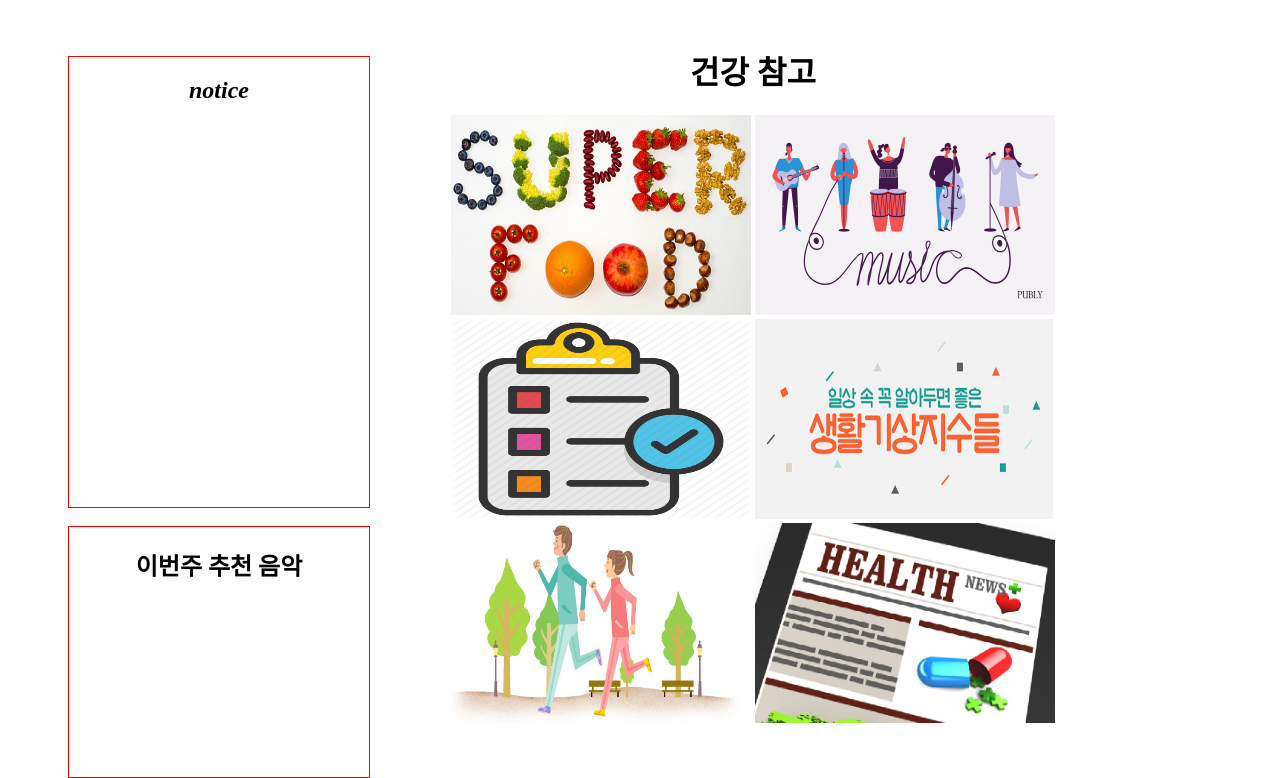
Repository: seeunOh/Webproject2018_StrongHealth
Page: http://localhost/StrongHealth/Main.jsp
An editor plug-in stored every save of this project. The page is shown before and after the next save, followed by the edit.
The browser window is 1280 px wide. The pictures show the whole page.
The page is served by Tomcat 9. Other server files are loaded and not shown. Queries for data that is not in the repository find no rows.

Above is the page before, as saved 2018-12-16 07:37:51.

### StrongHealth/WebContent/Main.jsp
<%@page import="java.util.ArrayList"%>
<%@page import="java.util.Date"%>
<%@page import="javabean.Article" %>
<%@page import="javabean.Access_DB"%>
<%@ page language="java" contentType="text/html; charset=EUC-KR"
    pageEncoding="EUC-KR"%>
<!DOCTYPE html>
<html>
<head>
<meta charset="EUC-KR">
<title>Insert title here</title>

<style>

body{
width:1080px;
text-align:center;
}

#mainPhoto{
width:670px;
height:750px;
float:right;
text-align:center;
}

#notice_canvas{
width:400px;
height:500px;
float:left;
}

#recomen{
width:300px;
height:250px;
float:left;
margin:0px 0px 0px 60px;
border: 1px solid red;
}

#notice{
width:300px;
height:450px;
margin:30px 0px 10px 60px;
text-align:center;
border: 1px solid red;
}


#mainNoticeCanvas{
width:540px;
height:500px;
background:red;
float:left;

}

#mainMusicCanvas{
width:540px;
height:500px;
background:blue;
float:right;
}


.scale {
  transform: scale(1);
  -webkit-transform: scale(1);
  -moz-transform: scale(1);
  -ms-transform: scale(1);
  -o-transform: scale(1);
  transition: all 0.3s ease-in-out;
}

.scale:hover {
  transform: scale(1.2);
  -webkit-transform: scale(1.2);
  -moz-transform: scale(1.2);
  -ms-transform: scale(1.2);
  -o-transform: scale(1.2);
}



</style>
<script>


</script>

</head>
<body>


<div id=blankTemp style='width:1080px;'>&nbsp</div>
<div id=notice_canvas>
	<div id=notice>
	<h2><em>notice</em></h2>
	<%
		Access_DB ac = new Access_DB();
		ArrayList<Article> al = ac.getArticles(Access_DB.NOTICE);
		for(int i=0; i<al.size(); i++){
			out.println(al.get(i).getArticle_name() + "<br>");
		}
	%>
	</div>
</div>


<div id=mainPhoto>
<h1>건강 참고</h1>
<img class="scale" src="img/superfood.png" width=300 height=200/>
<img class="scale" src="img/music.png" width=300 height=200/>
<img class="scale" src="img/survey.png" width=300 height=200/>
<img class="scale" src="img/lifeinfo.png" width=300 height=200/>
<img class="scale" src="img/strech.png" width=300 height=200/>
<img class="scale" src="img/healthnews.png" width=300 height=200/>
</div>

<div id=recomen>
<h2>이번주 추천 음악</h2>
<ul>
<%
	al = ac.getArticles(Access_DB.MUSIC);
	for(int i=0; i<al.size(); i++){
		out.println("<li>" + al.get(i).getArticle_name() + "</li>");
	}

%>

</ul>
</div>













<!--
<div id=mainImage>
<figure>
<img class="mySlides" src="img/superfood.png" width=500 height=300>
<img class="mySlides" src="img/music.png" width=500 height=300>
<img class="mySlides" src="img/Mclothes.PNG" width=500 height=300>
<img class="mySlides" src="img/strech.png" width=500 height=300>
<img class="mySlides" src="img/healthnews.png" width=500 height=300>
</figure>
</div>


<div id=mainContent>

<div id=mainNoticeCanvas>


</div>


<div id=mainMusicCanvas>

</div>

</div>
 -->



<!--
<%=session.isNew() %>

세션 ID (유일한 식별자) : <%= session.getId() %><br>
<% session.setMaxInactiveInterval(60*10); %>
세션 MaxInactiveInterval (기본 세션 유지 시간) : <%= session.getMaxInactiveInterval() %><br>

<%
	long mseconds = session.getCreationTime();
	Date time = new Date(mseconds);
%>
세션 CreationTime (시각으로 다시 계산) : <%=time.toLocaleString() %>
<br>
id : <%=session.getAttribute("id") %><br>
password : <%=session.getAttribute("password") %><br>
name : <%=session.getAttribute("name") %><br>
sex : <%=session.getAttribute("sex") %><br>
birth : <%=session.getAttribute("birth") %><br>
authority : <%=session.getAttribute("authority") %><br>
address : <%=session.getAttribute("address") %><br>
phone : <%=session.getAttribute("phone") %><br>
email : <%=session.getAttribute("email") %><br>
 -->
</body>
</html>

### StrongHealth/src/javabean/Access_DB.java
package javabean;

import java.sql.Connection;
import java.sql.DriverManager;
import java.sql.ResultSet;
import java.sql.Statement;
import java.text.SimpleDateFormat;
import java.util.ArrayList;
import java.util.Calendar;
import java.util.Date;

import com.sun.corba.se.spi.orbutil.fsm.Guard.Result;

public class Access_DB {
	private String driverName = "com.mysql.jdbc.Driver";
	private String dbURL = "jdbc:mysql://localhost:3306/stronghealthdb";
	private String userName = "root";
	private String passWord = "0000";
	private Connection con = null;
	private Statement st = null;


	public static int NOTICE = 1;
	public static int QNA = 2;
	public static int MUSIC = 3;
	public static int SURVEY = 6;
	public static int HEALTHCARE = 8;
	public static int TODAY = 1;
	public static int LOGIN = 2;
	public static int SIGN = 3;

	public Access_DB() {
		try {
			Class.forName(driverName);
			con = DriverManager.getConnection(dbURL, userName, passWord);
			st = con.createStatement();
		} catch(Exception e) {
			System.out.println(e);
		}
	}

	public Weather getWeather(String city_name) {
		ResultSet rs = null;
		Weather wt = new Weather();
		// TODO Auto-generated constructor stub
		try {
			rs = st.executeQuery("select * from weather where cityName='" + city_name + "'");
			while(rs.next()) {
				wt.setCityName(rs.getString("cityName"));
				wt.setdWeather(rs.getString("dWeather"));
				wt.settWeahter(rs.getString("tWeather"));
				wt.setPop(rs.getString("pop"));
				wt.setHumidity(rs.getString("humidity"));
				wt.setDust(rs.getString("dust"));
				wt.setSensory(rs.getString("sensory"));
				wt.setFlu(rs.getString("flu"));
				wt.setEyeDisease(rs.getString("eyeDisease"));
				wt.setAsthma(rs.getString("asthma"));
				wt.setSkinDisease(rs.getString("skinDisease"));
				wt.setFrozen(rs.getString("frozen"));
				wt.setFoodPoison(rs.getString("foodPoison"));
			}
		} catch(Exception e) {
			System.out.println(e);
		}
		return wt;
	}


	public void surveyWrite(Survey survey) {
		ResultSet rs = null;
		try {
			rs = st.executeQuery("select * from survey where id='" + survey.getId()+"' order by date desc");;
			if(rs.next()) {
				System.out.println(1);
				if(rs.getString("date").equals(Access_DB.getCurrentDate())) {
					System.out.println(2);
					st.execute("update survey set score0=" + survey.getScore0() + ", score1=" + survey.getScore1() + ", score2=" + survey.getScore2() +
								", score3="+ survey.getScore3()+", score4=" + survey.getScore4() + ", text='" + survey.getText() + "' where date='" + survey.getDate() + "'");
					st.execute("update survey set score_sum=(score0 + score1 + score2 + score3 + score4)");
				}
				else {
					st.execute("insert into survey values('" + survey.getId() + "', '" + survey.getDate() + "', '" + survey.getScore0() + "', '" + survey.getScore1() +
							"', '" + survey.getScore2() + "', '" + survey.getScore3() + "', '" + survey.getScore4() + "', '" + 0 + "', '" + survey.getText() + "')");
					st.execute("update survey set score_sum=(score0 + score1 + score2 + score3 + score4) where id='" + survey.getId() + "'and date='" + survey.getDate() + "'");
				}
			}
			else {
				st.execute("insert into survey values('" + survey.getId() + "', '" + survey.getDate() + "', '" + survey.getScore0() + "', '" + survey.getScore1() +
						"', '" + survey.getScore2() + "', '" + survey.getScore3() + "', '" + survey.getScore4() + "', '" + 0 + "', '" + survey.getText() + "')");
				st.execute("update survey set score_sum=(score0 + score1 + score2 + score3 + score4) where id='" + survey.getId() + "'and date='" + survey.getDate() + "'");
			}
		}
		catch(Exception e) {
			System.out.println(e);
		}
	}

	public ArrayList<Survey> getSurveys(String id, int day){
		ArrayList<Survey> sl = new ArrayList<Survey>();
		ResultSet rs = null;
		try {
			rs = st.executeQuery("select * from survey where id='" + id + "' and date>'" + getDaysAgoDate(day) +"' order by date desc");
			while(rs.next()) {
				Survey sr = new Survey();
				sr.setId(rs.getString("id"));
				sr.setDate(rs.getString("date"));
				sr.setScore0(Integer.parseInt(rs.getString("score0")));
				sr.setScore1(Integer.parseInt(rs.getString("score1")));
				sr.setScore2(Integer.parseInt(rs.getString("score2")));
				sr.setScore3(Integer.parseInt(rs.getString("score3")));
				sr.setScore4(Integer.parseInt(rs.getString("score4")));
				sr.setScore_sum(Integer.parseInt(rs.getString("score_sum")));
				sr.setText(rs.getString("text"));
				sl.add(sr);
				if(sl.size() >= Math.abs(day)) {
					return sl;
				}
			}
		} catch(Exception e) {
			System.out.println(e);
		}
		return sl;
	}

	public ArrayList<Survey> getSurveysAll(int day){
		ArrayList<Survey> sl = new ArrayList<Survey>();
		ResultSet rs = null;
		try {
			rs = st.executeQuery("select * from survey where date>'" + getDaysAgoDate(day) + "' order by id, date desc");
			while(rs.next()) {
				Survey sr = new Survey();
				sr.setId(rs.getString("id"));
				sr.setDate(rs.getString("date"));
				sr.setScore0(Integer.parseInt(rs.getString("score0")));
				sr.setScore1(Integer.parseInt(rs.getString("score1")));
				sr.setScore2(Integer.parseInt(rs.getString("score2")));
				sr.setScore3(Integer.parseInt(rs.getString("score3")));
				sr.setScore4(Integer.parseInt(rs.getString("score4")));
				sr.setScore_sum(Integer.parseInt(rs.getString("score_sum")));
				sr.setText(rs.getString("text"));
				sl.add(sr);
			}
		} catch(Exception e) {
			System.out.println(e);
		}
		if(sl.size() == 0)
			sl = null;
		return sl;
	}

	public ArrayList<Survey> getSurveyMean(ArrayList<Survey> surveyAll){
		ArrayList<Survey> result = new ArrayList<Survey>();
		Survey temp = new Survey();
		String previousID = "";
		String currentID = "";
		int cnt = 0;
		for(int i=0; i < surveyAll.size(); i++) {
			Survey sr = surveyAll.get(i);
			currentID = sr.getId();
			if(i == 0)
				previousID = currentID;

			if(!currentID.equals(previousID)) {
				temp.setScore0(temp.getScore0()/cnt);
				temp.setScore1(temp.getScore1()/cnt);
				temp.setScore2(temp.getScore2()/cnt);
				temp.setScore3(temp.getScore3()/cnt);
				temp.setScore4(temp.getScore4()/cnt);
				temp.setScore_sum(temp.getScore_sum()/cnt);
				result.add(temp);
				temp = new Survey();
				cnt = 0;
			}
			temp.setId(sr.getId());
			temp.setScore0(sr.getScore0() + temp.getScore0());
			temp.setScore1(sr.getScore1() + temp.getScore1());
			temp.setScore2(sr.getScore2() + temp.getScore2());
			temp.setScore3(sr.getScore3() + temp.getScore3());
			temp.setScore4(sr.getScore4() + temp.getScore4());
			temp.setScore_sum(sr.getScore_sum() + temp.getScore_sum());
			cnt++;

			if(i == surveyAll.size()-1) {
				temp.setScore0(temp.getScore0()/cnt);
				temp.setScore1(temp.getScore1()/cnt);
				temp.setScore2(temp.getScore2()/cnt);
				temp.setScore3(temp.getScore3()/cnt);
				temp.setScore4(temp.getScore4()/cnt);
				temp.setScore_sum(temp.getScore_sum()/cnt);
				result.add(temp);
			}
			previousID = currentID;
		}
		if(result.size() == 0)
			result = null;
		return result;
	}

	public ArrayList<Member> getMembersAll() {
		ResultSet rs = null;
		ArrayList<Member> ml = new ArrayList<Member>();
		try {
			rs = st.executeQuery("select * from member order by name");
			while(rs.next()) {
				Member mb = new  Member();
				mb.setId(rs.getString("id"));
				mb.setPassword(rs.getString("password"));
				mb.setName(rs.getString("name"));
				mb.setSex(rs.getString("sex"));
				mb.setBirth(rs.getString("birth"));
				mb.setAuthority(rs.getString("authority"));
				mb.setAddress(rs.getString("address"));
				mb.setPhone(rs.getString("phone"));
				mb.setEmail(rs.getString("email"));
				ml.add(mb);
			}
		} catch(Exception e) {
			System.out.println(e);
		}
		return ml;
	}

	public Member getMember(String id) {
		ResultSet rs = null;
		Member mb = null;
		try {
			rs = st.executeQuery("select * from member where id='" + id + "'");
			if(rs.next()) {
				mb = new Member();
				mb.setId(rs.getString("id"));
				mb.setPassword(rs.getString("password"));
				mb.setName(rs.getString("name"));
				mb.setSex(rs.getString("sex"));
				mb.setBirth(rs.getString("birth"));
				mb.setAuthority(rs.getString("authority"));
				mb.setAddress(rs.getString("address"));
				mb.setPhone(rs.getString("phone"));
				mb.setEmail(rs.getString("email"));
			}
		}catch(Exception e) {
			System.out.println(e);
		}
		return mb;
	}

	public static void main(String[] args) {
		Access_DB ac = new Access_DB();
		ArrayList<Member> ml = ac.getMembersAll();
		for(int i=0; i<ml.size(); i++) {
			Member mb = ml.get(i);
			System.out.println(mb.getId());
		}

	}

	// 선핵한 item(notice:1, qna:2, music:3)을 통해 해당 게시판의 글 목록을 전부 받아오는 함수
	public ArrayList<Article> getArticles(int item) {
		ArrayList<Article> ac = new ArrayList<Article>();
		ResultSet rs = null;
		String query = "select * from board where category=";
		try {
			switch(item) {
			case 1:
				query += "'notice'";
				break;
			case 2:
				query += "'QnA'";
				break;
			case 3:
				query += "'Music'";
				break;
			}
			query += " order by datetime asc";
			rs = st.executeQuery(query);
			while(rs.next()) {
				Article article = new Article();
				article.setArticle_number(rs.getString("article_number"));
				article.setCategory(rs.getString("category"));
				article.setId(rs.getString("id"));
				article.setArticle_name(rs.getString("article_name"));
				article.setDatetime(rs.getString("datetime"));
				article.setViews(Integer.parseInt(rs.getString("views")));
				article.setText(rs.getString("text"));
				article.setLink(rs.getString("link"));
				article.setImg(rs.getString("img"));
				ac.add(article);
			}
		} catch(Exception e) {
			System.out.println(e);
		}
		return ac;
	}

	public ArrayList<Comment> getComments(String article_number){
		ResultSet rs = null;
		ArrayList<Comment> cs = new ArrayList<Comment>();
		try {
			rs = st.executeQuery("select * from comments where article_number='" + article_number + "'  order by datetime asc");
			while(rs.next()) {
				Comment comment = new Comment();
				comment.setArticle_number(rs.getString("article_number"));
				comment.setId(rs.getString("id"));
				comment.setDatetime(rs.getString("datetime"));
				comment.setText(rs.getString("text"));
				comment.setComment_number(rs.getString("comment_number"));
				cs.add(comment);
			}
		} catch(Exception e) {
			System.out.println(e);
		}
		return cs;
	}

	// 게시글 번호를 통해 해당 게시글의 내용을 받아 오는 함수
	public Article getArticle(String article_number) {
		ResultSet rs = null;
		Article ac= null;
		try {
			rs = st.executeQuery("select * from board where article_number='" + article_number + "'");
			while(rs.next()) {
				ac = new Article();
				ac.setArticle_number(rs.getString("article_number"));
				ac.setCategory(rs.getString("category"));
				ac.setId(rs.getString("id"));
				ac.setArticle_name(rs.getString("article_name"));
				ac.setDatetime(rs.getString("datetime"));
				ac.setViews(Integer.parseInt(rs.getString("views")));
				ac.setText(rs.getString("text"));
				ac.setLink(rs.getString("link"));
				ac.setImg(rs.getString("img"));
				ac.setQna_category(rs.getString("qna_category"));
			}
			if(ac != null) {
				views(ac);
			}
		} catch(Exception e) {
			System.out.println(e);
		}
		return ac;
	}

	public ArrayList<Music> getMusics() {
		ResultSet rs = null;
		ArrayList<Music> ml = new ArrayList<Music>();
		try {
			rs = st.executeQuery("select * from board where category='music' order by datetime desc");
			while(rs.next()) {
				Music mu = new Music();
				mu.setArticle_name(rs.getString("article_name"));
				mu.setArticle_number(rs.getString("article_number"));
				mu.setCategory(rs.getString("category"));
				mu.setDatetime(rs.getString("datetime"));
				mu.setId(rs.getString("id"));
				mu.setLink(rs.getString("link"));
				ml.add(mu);
			}
		}catch(Exception e) {
			System.out.println(e);
		}
		return ml;
	}

	public void views(Article article) {
		try {
			article.setViews(article.getViews() + 1);
			st.execute("update board set views=" + article.getViews() + " where article_number='" + article.getArticle_number() + "'");
		} catch(Exception e) {
			System.out.println(e);
		}
	}


	public void memberUpdate(Member member) {
		if(member.getEmail().equals(""))
			member.setEmail(null);
		try {
			System.out.println("update member set password='" + member.getPassword() + "', sex='" + member.getSex() + "', birth='" + member.getBirth() +
					"', authority='" + member.getAuthority() + "', address='" + member.getAddress() + "', phone='"+member.getPhone() + "', email='"+ member.getEmail()
					+ "' where id='" + member.getId() + "'");
			st.execute("update member set password='" + member.getPassword() + "', sex='" + member.getSex() + "', birth='" + member.getBirth() +
					"', authority='" + member.getAuthority() + "', address='" + member.getAddress() + "', phone='"+member.getPhone() + "', email='"+ member.getEmail()
					+ "' where id='" + member.getId() + "'");
		}
		catch(Exception e) {
			System.out.println(e);
		}
	}

	public void updateArticle(Article article) {
		String query=
		"update board set article_name='"+ article.getArticle_name() + "', text='" + article.getText() + "', link='" + article.getLink() +
			"', img='"+article.getImg()+"', qna_category='" + article.getQna_category() + "' where article_number='" + article.getArticle_number() + "'";
		try {
			System.out.println(query);
			st.execute(query);
		}
		catch(Exception e) {
			System.out.println(e);
		}
	}

	public static String getDaysAgoDate(int day) {
		Calendar calendar = Calendar.getInstance();
		calendar.add(Calendar.DAY_OF_MONTH, day);
		Date date = calendar.getTime();
		SimpleDateFormat sf = new SimpleDateFormat("yyyy-MM-dd");
		return sf.format(date);
	}

	public void articleWrite(int item, Article article) {
		String query = "insert into board(";
		try {
			switch(item) {
			case 1:
				query += "article_number, category, id, article_name, datetime, views, text) values(" + article.getAttributes(Article.NOTICE) + ")";
				break;
			case 2:
				query += "article_number, category, id, article_name, datetime, views, text, qna_category) values(" + article.getAttributes(Article.QNA) + ")";
				break;
			case 3:
				query += "article_number, category, id, article_name, datetime, views, text, link) values(" + article.getAttributes(Article.MUSIC) + ")";
				break;
			}
			st.execute(query);
		}catch(Exception e) {
			System.out.println(e);
		}
	}

	public void articleDelete(String article_number) {
		try {
			st.execute("delete from board where article_number='" + article_number + "'");
		} catch( Exception e) {
			System.out.println(e);
		}
	}

	public void commentWrite(Comment comment) {
		try {
			st.execute("insert into comments values(" + comment.getAttributes() + ")");
		}
		catch(Exception e) {
			System.out.println(e);
		}
	}

	public String getNextCommentNumber(String article_number) {
		String result = null;
		ResultSet rs = null;
		try {
			rs = st.executeQuery("select * from comments where article_number='" + article_number + "' order by datetime desc");
			if(rs.next()) {
				int nextNumber = Integer.parseInt(rs.getString("comment_number").substring(3)) + 1;
				System.out.println(nextNumber);
				result = article_number + "_" + String.valueOf(nextNumber);
			}
			if(result == null) {
				result = article_number + "_1";
			}
		}catch(Exception e) {
			System.out.println(e);
		}
		return result;
	}


	public void commentDelete(String comment_number) {
		try {
			st.execute("delete from comments where comment_number='" + comment_number + "'");
		}
		catch(Exception e) {
			System.out.println(e);
		}
	}
	public void commentsDelete(String article_number) {
		try {
			st.execute("delete from comments where article_number='" + article_number + "'");
		}
		catch(Exception e) {
			System.out.println(e);
		}
	}


	public static String getCurrentDateTime() {
		SimpleDateFormat df = new SimpleDateFormat("yyyy-MM-dd kk:mm:ss");
		return df.format(new Date());
	}

	public static String getCurrentDate() {
		SimpleDateFormat df = new SimpleDateFormat("yyyy-MM-dd");
		return df.format(new Date());
	}

	public String getNextArticleNumber(int item) {
		String result = null;
		String query = "select * from board where category='";
		ResultSet rs = null;
		try {
			switch(item) {
			case 1:
				query += "notice'";
				result = "n";
				break;
			case 2:
				query += "qna'";
				result = "q";
				break;
			case 3:
				query += "music'";
				result = "m";
				break;
			}
			query += "order by datetime desc";
			rs = st.executeQuery(query);
			if(rs.next()) {
				int number = Integer.parseInt(rs.getString("article_number").substring(1)) + 1;
				result += String.valueOf(number);
			}
			if(result.equals("n") || result.equals("q") || result.equals("m")){
				result += "1";
			}
		}
		catch(Exception e) {
			System.out.println(e);
		}
		return result;
	}


	public String getIdToName(String id) {
		ResultSet rs = null;
		String result = null;
		try {
			rs = st.executeQuery("select * from member where id='" + id + "'");
			while(rs.next()) {
				result = rs.getString("name");
			}
		}catch(Exception e) {
			System.out.println(e);
		}
		return result;
	}

	public String getIdToAddress(String id) {
		ResultSet rs = null;
		String result = null;
		try {
			rs = st.executeQuery("select * from member where id='" + id + "'");
			while(rs.next()) {
				result = rs.getString("address");
			}
		}catch(Exception e) {
			System.out.println(e);
		}
		return result;
	}

	public String getIdToPhone(String id) {
		ResultSet rs = null;
		String result = null;
		try {
			rs = st.executeQuery("select * from member where id='" + id + "'");
			while(rs.next()) {
				result = rs.getString("phone");
			}
		}catch(Exception e) {
			System.out.println(e);
		}
		return result;
	}

	public String getIdToEmail(String id) {
		ResultSet rs = null;
		String result = null;
		try {
			rs = st.executeQuery("select * from member where id='" + id + "'");
			while(rs.next()) {
				result = rs.getString("email");
			}
		}catch(Exception e) {
			System.out.println(e);
		}
		if(result == null)
			result = "-";
		return result;
	}

	public String getidToAuthority(String id) {
		ResultSet rs = null;
		String result = null;
		try {
			rs = st.executeQuery("select * from member where id='" + id + "'");
			while(rs.next()) {
				result = rs.getString("authority");
			}
		}catch(Exception e) {
			System.out.println(e);
		}
		return result;
	}

	public Member login(String id, String password) {
		ResultSet rs = null;
		Member mb = null;
		try {
			rs = st.executeQuery("select * from member where id='" + id + "'");
			while(rs.next()) {
				if(rs.getString("password").equals(password)) {
					mb = new Member();
					mb.setId(rs.getString("id"));
					mb.setPassword(rs.getString("password"));
					mb.setName(rs.getString("name"));
					mb.setSex(rs.getString("sex"));
					mb.setBirth(rs.getString("birth"));
					mb.setAuthority(rs.getString("authority"));
					mb.setAddress(rs.getString("address"));
					mb.setPhone(rs.getString("phone"));
					mb.setEmail(rs.getString("email"));
				}
			}
		} catch(Exception e) {
			System.out.println(e);
		}
		return mb;
	}

	public boolean join(Member mb) {
		boolean result = false;
		String query = "insert into member values('" + mb.getId() + "', '" + mb.getPassword() + "', '" + mb.getName() + "', '" + mb.getSex()
		 + "', '" + mb.getBirth() + "', '" + mb.getAuthority() + "', '" + mb.getAddress() + "', '" + mb.getPhone() + "', '" + mb.getEmail() + "')";
		System.out.println(query);
		try {
			if(st.execute(query)) {
				result = true;
			}
		}
		catch (Exception e){
			System.out.println(e);
		}
		return result;
	}

	public boolean idCheck(String id) {
		boolean result = false;
		ResultSet rs = null;
		try {
			rs = st.executeQuery("select * from member where id='" + id + "'");
			while(rs.next()) {
				result = true;
			}
		}catch(Exception e) {
			System.out.println(e);
		}
		return result;
	}

	public void closeDB() {
		try {
			con.close();
			st.close();
		} catch(Exception e) {
			System.out.println(e);
		}
	}
}

After the next save:
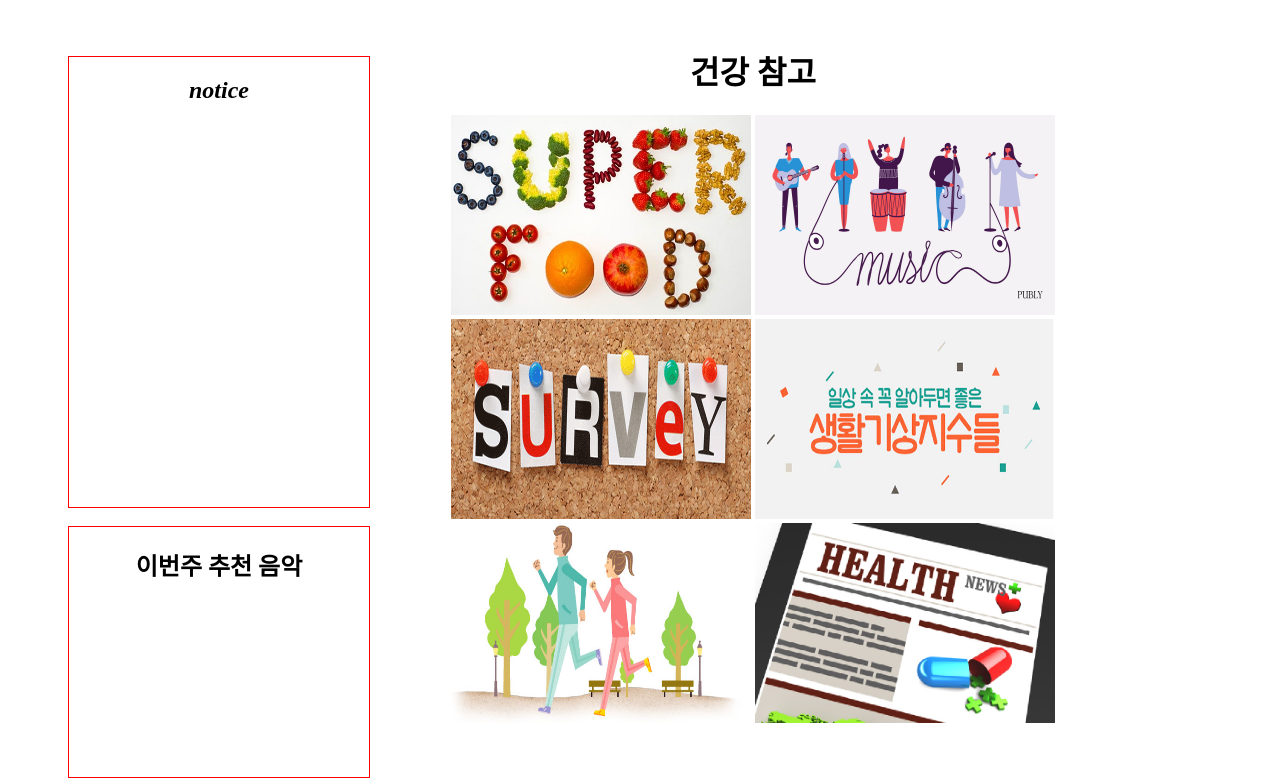
Saved 68 s later.
--- a/StrongHealth/WebContent/Main.jsp
+++ b/StrongHealth/WebContent/Main.jsp
@@ -111,7 +111,7 @@ float:right;
 <h1>건강 참고</h1>
 <img class="scale" src="img/superfood.png" width=300 height=200/>
 <img class="scale" src="img/music.png" width=300 height=200/>
-<img class="scale" src="img/survey.png" width=300 height=200/>
+<img class="scale" src="img/survey2.png" width=300 height=200/>
 <img class="scale" src="img/lifeinfo.png" width=300 height=200/>
 <img class="scale" src="img/strech.png" width=300 height=200/>
 <img class="scale" src="img/healthnews.png" width=300 height=200/>
